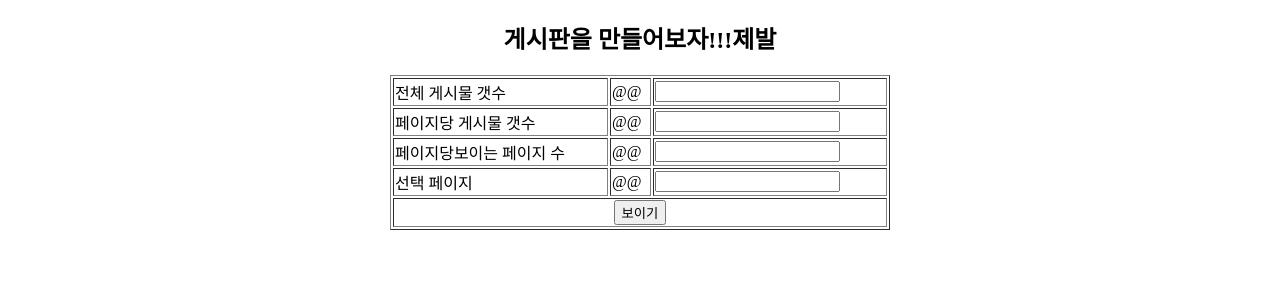
Repository: DrakeJU/eclipse-workspace
Page: Web/WebContent/01/PostBoardIndex.html
An editor plug-in stored every save of this project. The page is shown before and after the next save, followed by the edit.
The browser window is 1280 px wide. The pictures show the whole page.

Above is the page before, as saved 2017-10-13 06:53:08.

After the next save:
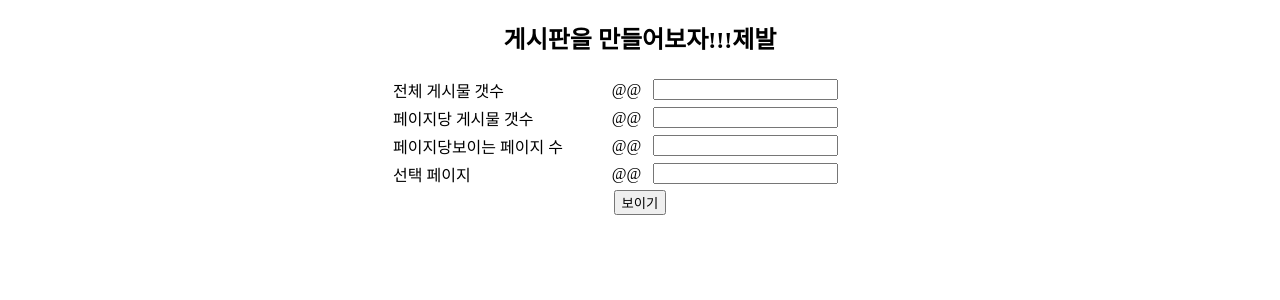
Saved 4 min 53 s later.
--- a/Web/WebContent/01/PostBoardIndex.html
+++ b/Web/WebContent/01/PostBoardIndex.html
@@ -7,7 +7,7 @@
 		<body>
 			<h2 align = "center">게시판을 만들어보자!!!제발</h2>
 				<form action = "/PostBoard" method = "post">
-				<table border="1" width = "500" heigth = "300" align = "center">
+				<table width = "500" heigth = "300" align = "center">
 					<tr>
 						<td>전체 게시물 갯수</td> <td>@@</td><td><input type="text" name="TotalPost"><br></td>
 					</tr>
